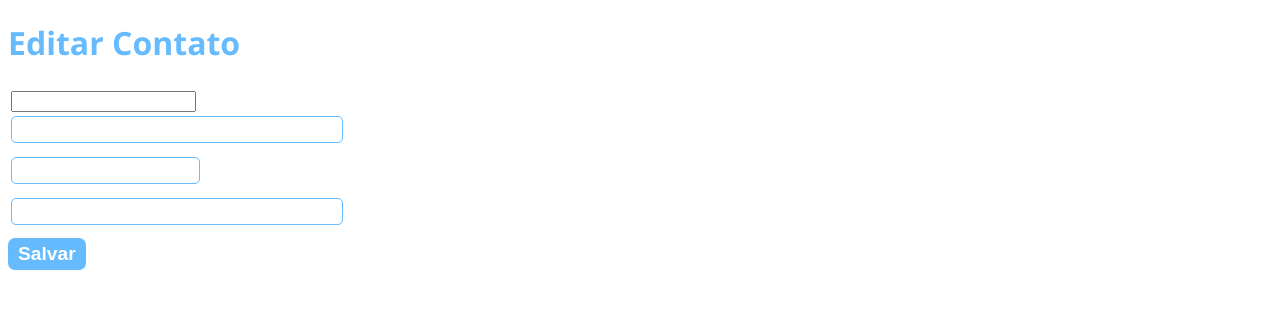
Repository: ricardoalves21/JavaWeb
Page: http://localhost/agenda/editar.jsp
These files come from the project's save history. The page is drawn as it stood at one moment and after the next save; the edit follows.
The browser window is 1280 px wide. The pictures show the whole page.
The page is served by Tomcat 9. Other server files are loaded and not shown.

Above is the page before, as saved 2021-06-17 23:43:51.

### projeto_agenda/agenda/WebContent/editar.jsp
<%@ page language="java" contentType="text/html; charset=UTF-8"
	pageEncoding="UTF-8"%>
<!DOCTYPE html>
<html>
<head>
	<meta charset="UTF-8">
	<title>Agenda de Contatos</title>
	<link rel="icon" href="imagens/Graphicloads-100-Flat-Phone.ico">
	<link rel="stylesheet" href="style.css">
</head>
<body>
	<h1>Editar Contato</h1>
	<form name="frmContato" action="">
		<table>
			<tr>
				<td><input type="text" name="idcon" id="caixa3"></td>
			</tr>
			<tr>
				<td><input type="text" name="nome" class="Caixa1"></td>
			</tr>
			<tr>
				<td><input type="text" name="fone" class="Caixa2"></td>
			</tr>
			<tr>
				<td><input type="text" name="email" class="Caixa1"></td>
			</tr>
		</table>
		<input type="button" value="Salvar" class="Botao1" onclick="validar()">
	</form>
	<script src="scripts/validador.js"></script>
</body>
</html>

### projeto_agenda/agenda/WebContent/style.css
@charset "utf-8";
@import url('https://fonts.googleapis.com/css2?family=Open+Sans:wght@400;700&display=swap');

body {
	font-family: 'Open Sans', sans-serif;
	font-size: 1em;
	font-weight: 400;
}

h1 {
	color: #66bbff;
}

.Botao1 {
	text-decoration: none;
	background-color: #66bbff;
	padding: 5px 10px 5px 10px;
	border-radius: 7px;
	color: #fff;
	font-size: 1.2em;
	font-weight: 700;
	border: 0;
	cursor: pointer;
}

.Caixa1 {
	width: 320px;
	padding: 5px;
	margin-bottom: 10px;
	border: 1px solid #66bbff;
	border-radius: 5px;
}

.Caixa2 {
	padding: 5px;
	margin-bottom: 10px;
	border: 1px solid #66bbff;
	border-radius: 5px;
}

#tabela {
	margin-top: 30px;
	border-collapse: collapse;
}

#tabela th {
	border: 1px solid #ddd;
	padding: 10px;
	text-align: left;
	background-color: #66bbff;
	color: #fff;
}

#tabela td {
	border: 1px solid #ddd;
	padding: 10px;
}

### projeto_agenda/agenda/WebContent/scripts/validador.js
/**
 * Validação de formulário
 * @author Ricardo Alves
 */

function validar() {
	let nome = frmContato.nome.value;
	let fone = frmContato.fone.value;

	if (nome === "") {
		alert('Preencha o compo nome');
		frmContato.nome.focus();
		return false;
	} else if (fone === "") {
		alert('Preencha o compo fone');
		frmContato.fone.focus();
		return false;
	} else {
		document.forms["frmContato"].submit();
	}
}

After the next save:
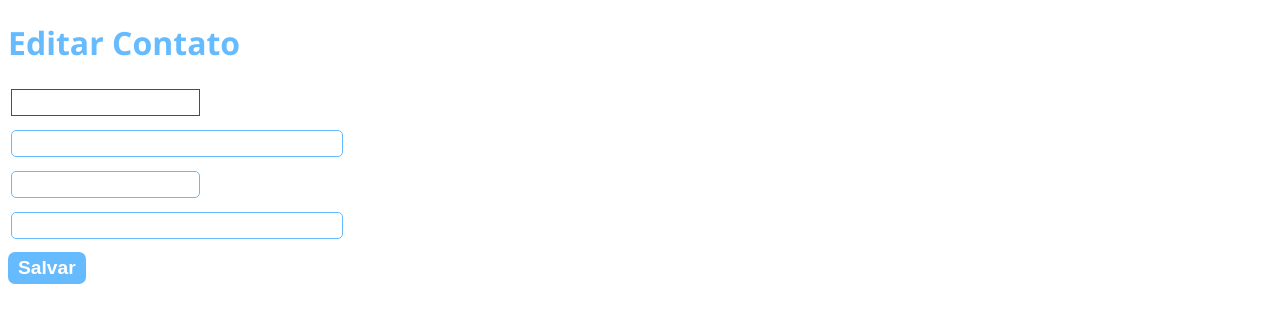
Saved 70 s later.
--- a/projeto_agenda/agenda/WebContent/style.css
+++ b/projeto_agenda/agenda/WebContent/style.css
@@ -38,6 +38,12 @@ h1 {
 	border-radius: 5px;
 }
 
+#caixa3 {
+	padding: 5px;
+	margin-bottom: 10px;
+	border: 1px solid #ff0000;
+}
+
 #tabela {
 	margin-top: 30px;
 	border-collapse: collapse;
